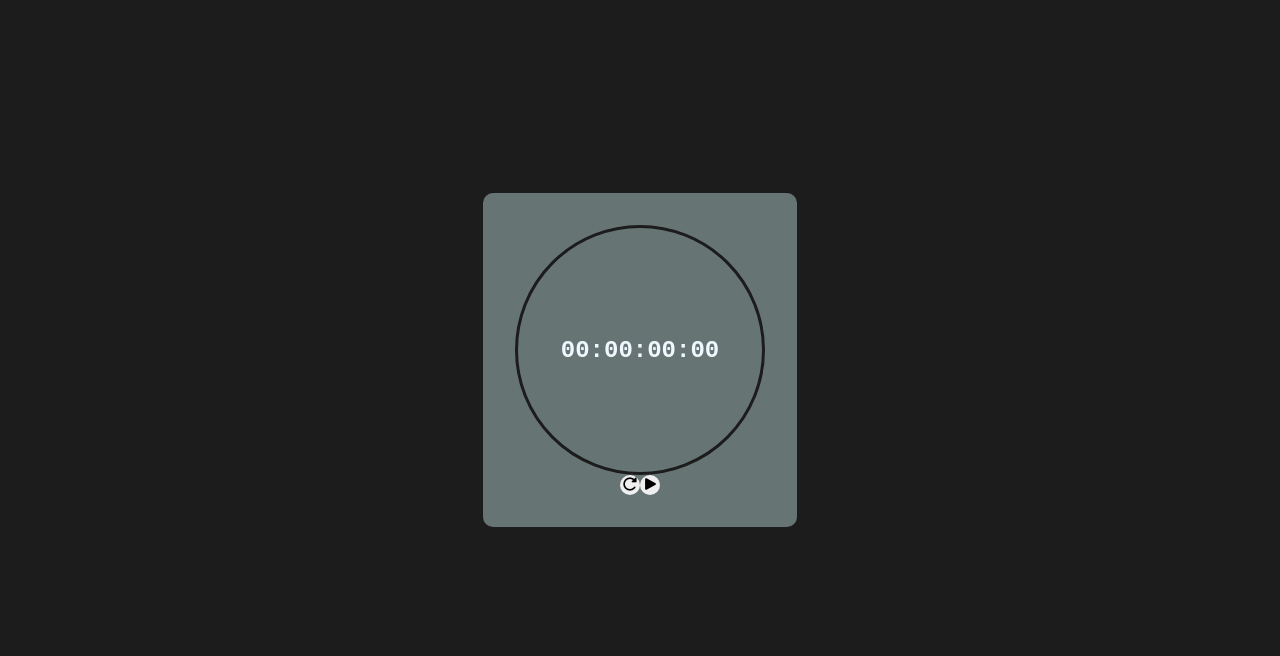
Repository: ValdemarCaculo/TEMPORIZADOR
Page: index.html
An editor plug-in stored every save of this project. The page is shown before and after the next save, followed by the edit.
The browser window is 1280 px wide. The pictures show the whole page.
Some web libraries are served in a nearby version.

Above is the page before, as saved 2025-12-06 15:31:51.

### index.html
<!DOCTYPE html>
<html lang="en">

<head>
    <meta charset="UTF-8">
    <meta name="viewport" content="width=device-width, initial-scale=1.0">
    <link rel="stylesheet" href="/CSS/style.css">
    <link rel="stylesheet" href="https://cdnjs.cloudflare.com/ajax/libs/font-awesome/7.0.1/css/all.min.css"
        integrity="sha512-2SwdPD6INVrV/lHTZbO2nodKhrnDdJK9/kg2XD1r9uGqPo1cUbujc+IYdlYdEErWNu69gVcYgdxlmVmzTWnetw=="
        crossorigin="anonymous" referrerpolicy="no-referrer" />
    <title>Temporizador</title>
</head>

<body>
    <div class="contador">

        <h2 id="time">00:00:00:00</h2>

        <div class="content">

            <button id="reset">
                <i class="fa-solid fa-rotate-right"></i>
            </button>
            <button id="inicio" action="start">
                <i class="fa-solid fa-play">
                </i></button>

        </div>
    </div>



</body>

</html>

### CSS/style.css
* {
    margin: 0;
    padding: 0;
    box-sizing: border-box;
    font-family: 'Courier New', Courier, monospace;
}

body {
    height: 100vh;
    display: flex;
    background-color: #1c1c1c;
    color: aliceblue;
    align-items: center;
    justify-content: center;


}

.contador {
    padding: 2rem;
    background-color: #677474;
    border-radius: 10px;
}

#time {
    background-color: #677474;
    width: 250px;
    height: 250px;
    border: 3px solid #1c1c1c;
    padding: 1rem;
    border-radius: 50%;
    align-items: center;
    justify-content: center;
    display: flex;
}

button {
    border-radius: 10px;
   width: 20px;
   height: 20px;
    border: none;
    transition: 3ms ;

}
button :hover{
    background-color: red;

}

.content{
    display: flex;
    justify-content: center;

}

After the next save:
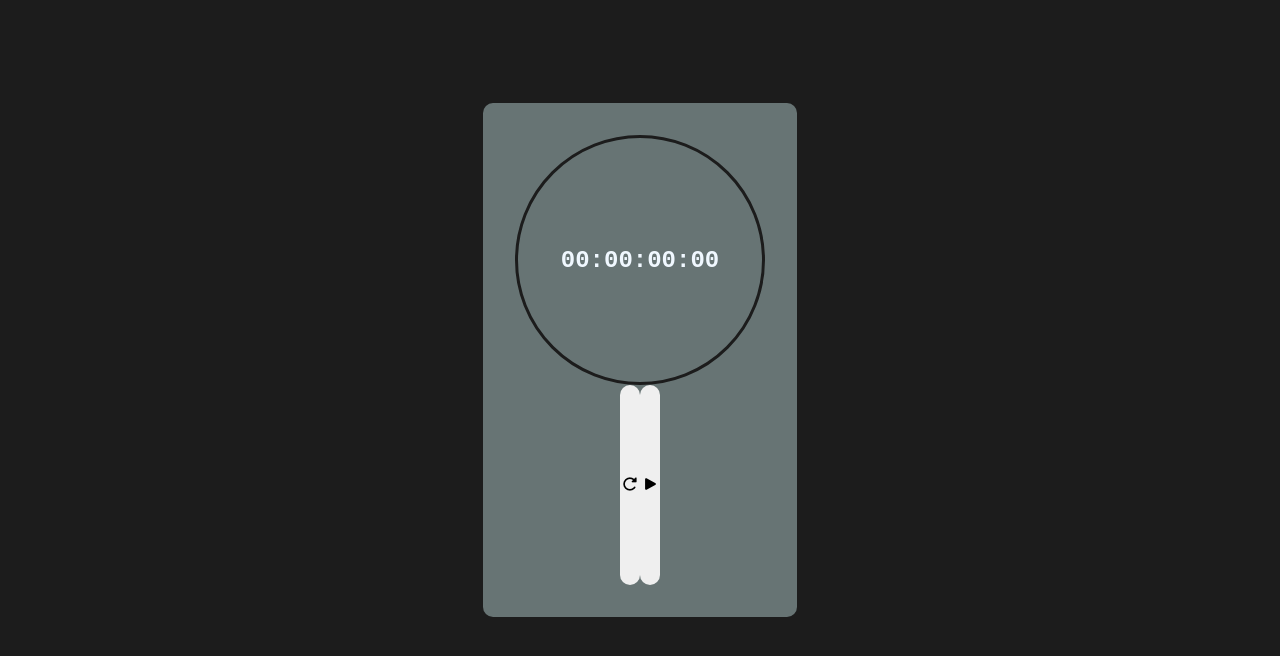
Saved 6 s later.
--- a/CSS/style.css
+++ b/CSS/style.css
@@ -37,7 +37,7 @@ body {
 button {
     border-radius: 10px;
    width: 20px;
-   height: 20px;
+   height: 200px;
     border: none;
     transition: 3ms ;
 
